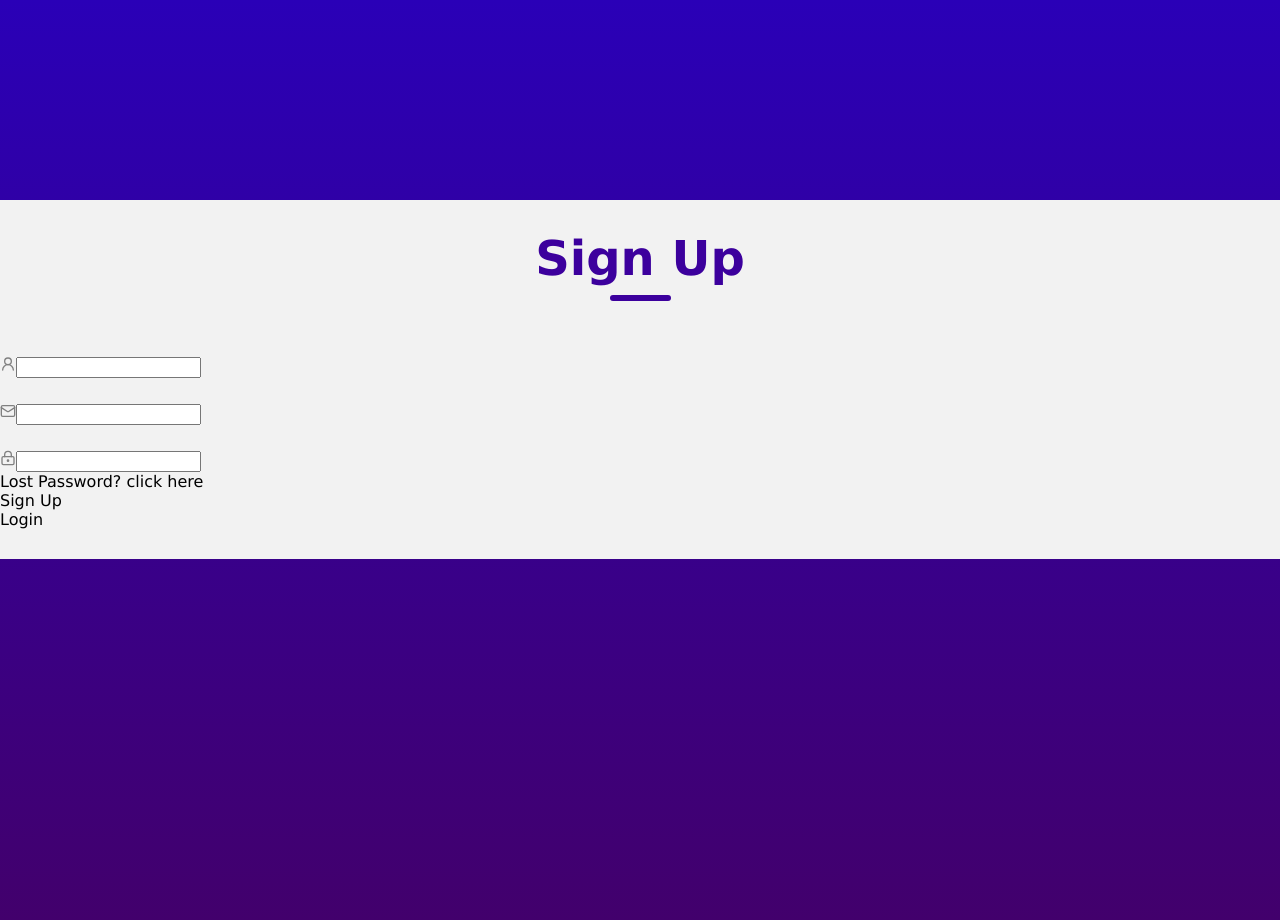
Repository: guilhermecardoso93/login-page
Page: /
These files come from the project's save history. The page is drawn as it stood at one moment and after the next save; the edit follows.
The browser window is 1280 px wide. The pictures show the whole page.
The project was rebuilt for these pictures with package versions that can differ from the ones it lists, and the page was loaded fresh each time. Also part of the build but not shown: vite.config.js.

Above is the page before, as saved 2024-10-22 19:22:40.

### index.html
<!doctype html>
<html lang="en">
  <head>
    <meta charset="UTF-8" />
    <link rel="icon" type="image/svg+xml" href="" />
    <meta name="viewport" content="width=device-width, initial-scale=1.0" />
    <title>Login | SignUp</title>
  </head>
  <body>
    <div id="root"></div>
    <script type="module" src="/src/main.jsx"></script>
  </body>
</html>

### src/App.jsx
import { Login } from "./components/Login/Login";

export default function App() {
  return (
    <>
      <Login />
    </>
  );
}

### src/index.css
body {
  margin: 0;
  font-family: 'Lucida Sans', 'Lucida Sans Regular', 'Lucida Grande', 'Lucida Sans Unicode', Geneva, Verdana, sans-serif;
  -webkit-font-smoothing: antialiased;
  -moz-osx-font-smoothing: grayscale;
  height: 100vh;
  background: linear-gradient(#2A00B7, #42006c);
}

code {
  font-family: source-code-pro, Menlo, Monaco, Consolas, "Courier New", monospace;
}

### src/components/Login/Login.jsx
import { UserRound, Mail, LockKeyhole } from "lucide-react";
import "./Login.css";

export const Login = () => {
  return (
    <div className="container">
      <header>
        <span>Sign Up</span>
        <div className="underline"></div>
      </header>{" "}
      <div className="inputs">
        <div className="input">
          <UserRound color="gray" size={16} />
          <input type="text" />
        </div>

        <div className="input">
          <Mail color="gray" size={16} />
          <input type="email" />
        </div>

        <div className="input">
          <LockKeyhole color="gray" size={16} />
          <input type="password" />
        </div>
      </div>
      <div className="forgot-password">
        Lost Password? <span>click here</span>
      </div>
      <div className="submit-container">
        <div className="submit">Sign Up</div>
        <div className="login">Login</div>
      </div>
    </div>
  );
};

### src/components/Login/Login.css
.container {
  display: flex;
  flex-direction: column;
  margin: auto;
  margin-top: 200px;
  padding-bottom: 30px;
  background: #f2f2f2;
}

header {
  display: flex;
  flex-direction: column;
  align-items: center;
  gap: 9px;
  width: 100%;
  margin-top: 30px;
}

header span {
  color: #3c009d;
  font-size: 48px;
  font-weight: 700;
}

.underline {
  width: 61px;
  height: 6px;
  background-color: #3c009d;
  border-radius: 9px;
}

.inputs {
  margin-top: 55px;
  display: flex;
  flex-direction: column;
  gap: 25px;
}

Loaded but not shown: src/main.jsx (common file)

After the next save:
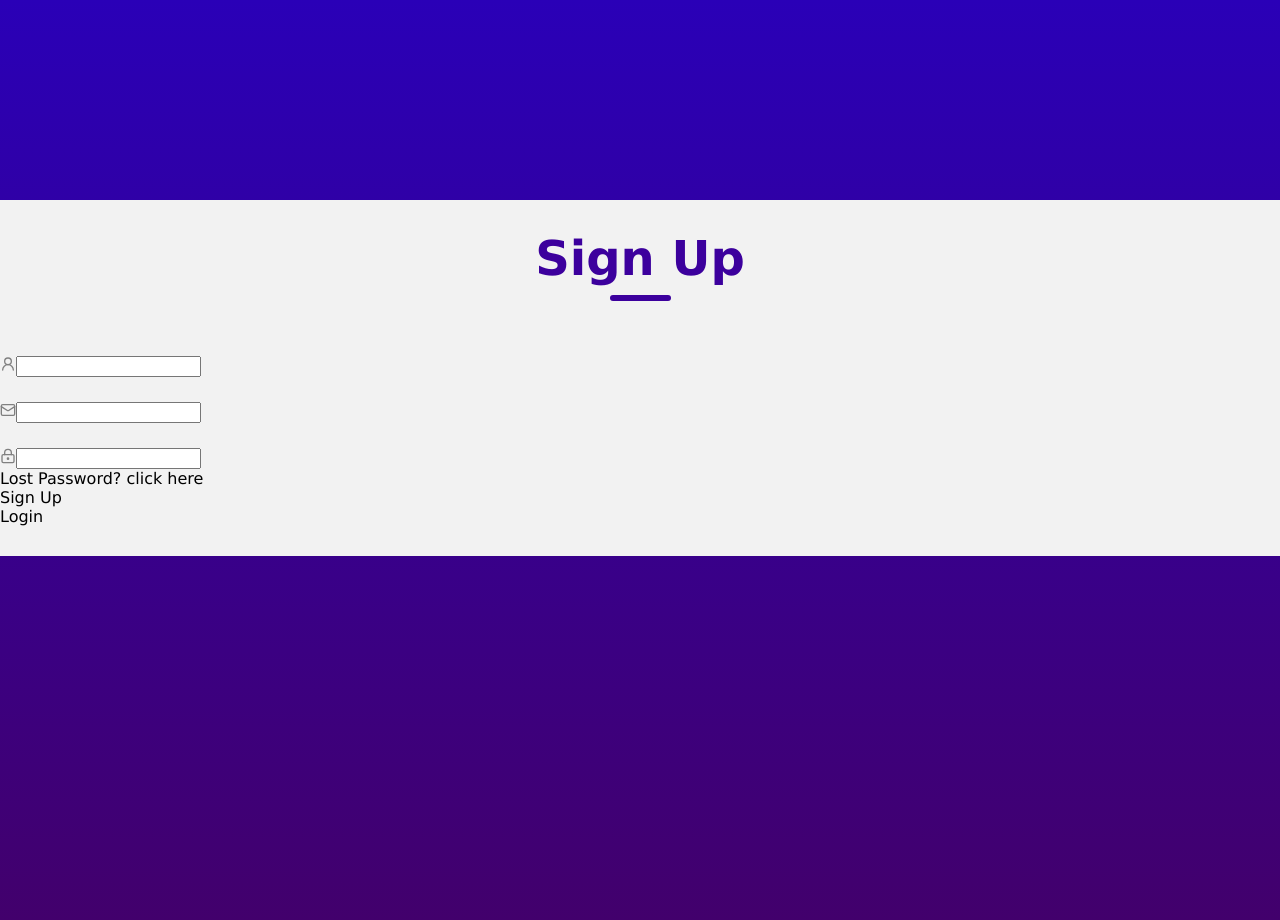
Saved 15 s later.
--- a/src/components/Login/Login.css
+++ b/src/components/Login/Login.css
@@ -35,3 +35,8 @@ header span {
   flex-direction: column;
   gap: 25px;
 }
+
+.input {
+  display: flex;
+
+}
